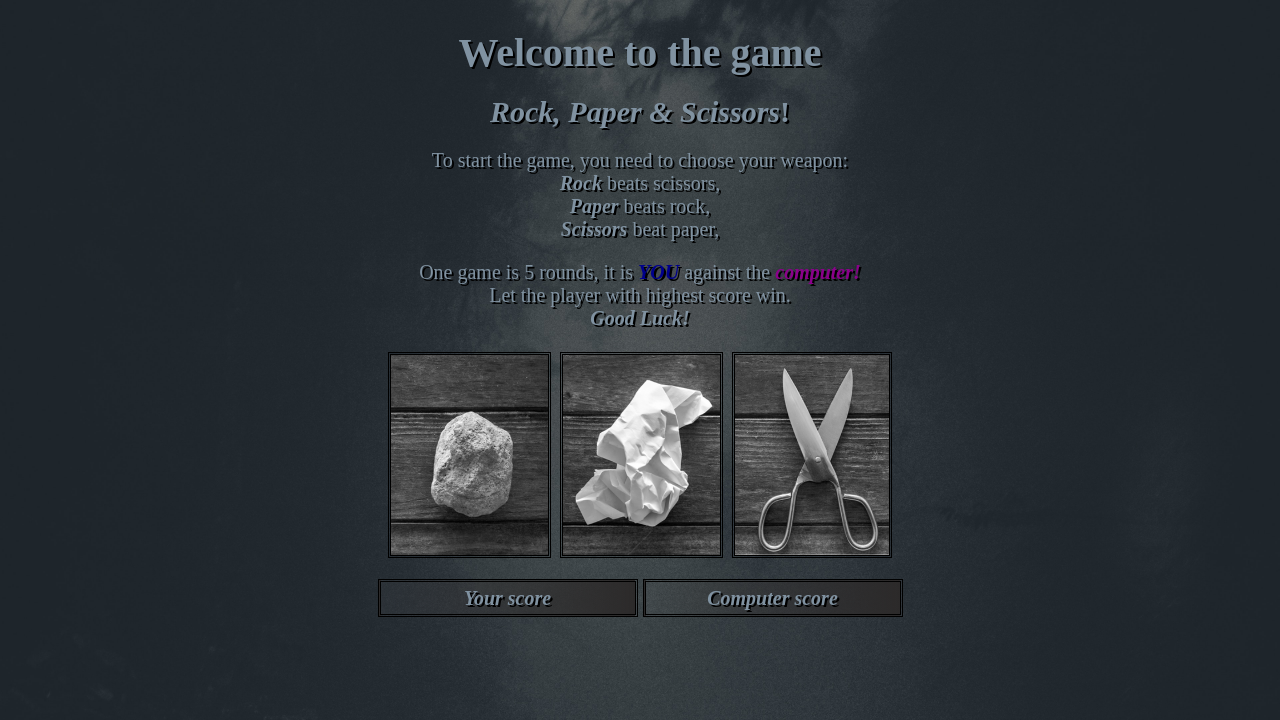
Repository: agneta1991/rock-paper-scissors
Page: Desktop/coding/index2.html
An editor plug-in stored every save of this project. The page is shown before and after the next save, followed by the edit.
The browser window is 1280 px wide. The pictures show the whole page.

Above is the page before, as saved 2023-03-06 10:24:32.

After the next save:
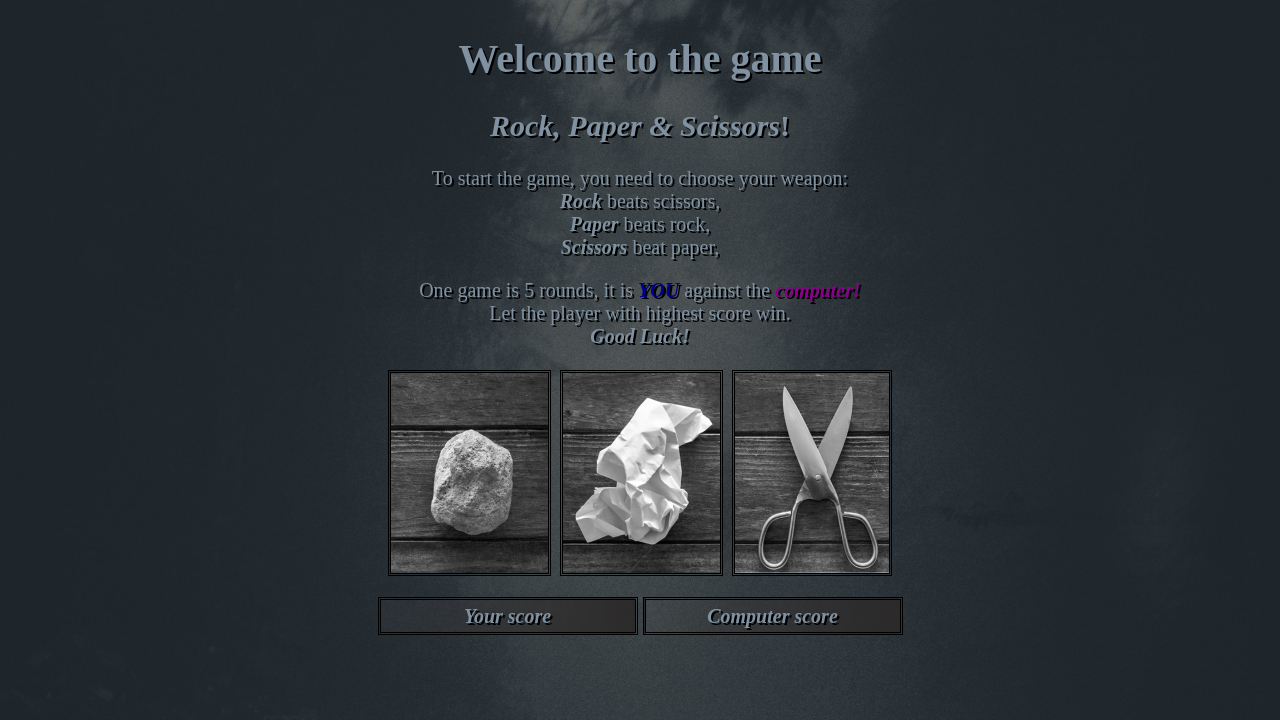
Saved 40 s later.
--- a/Desktop/coding/styles.css
+++ b/Desktop/coding/styles.css
@@ -2,9 +2,7 @@ body{
     background-image: url('images/background.jpg');
     background-size:100%;
 }
-h1, h2{
-    line-height: 90%;
-}
+
 
 .container1, .container2, .container3{
     color: rgb(128, 146, 161);
